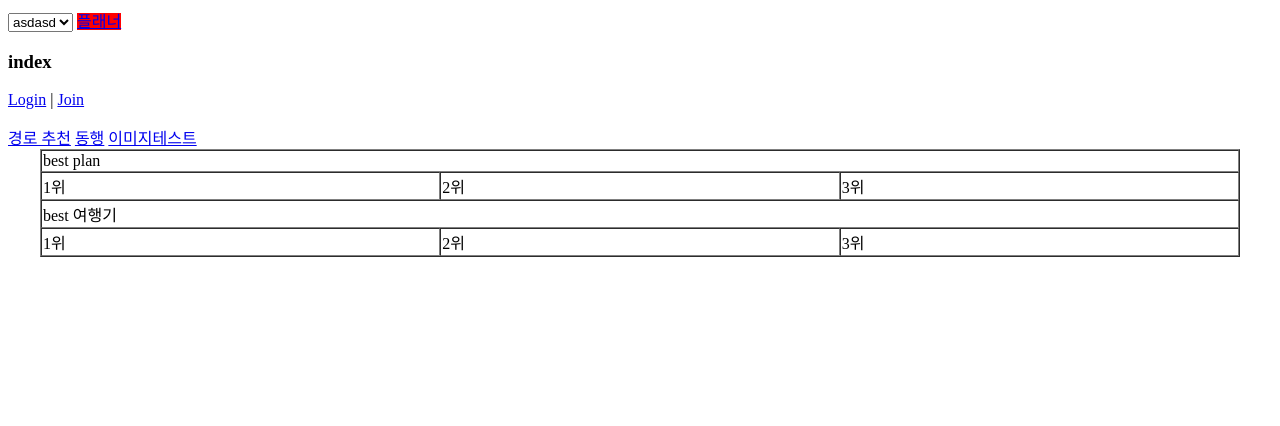
Repository: faqwer/khfinal
Page: http://localhost/finaltp/WEB-INF/views/indexMain.jsp
An editor plug-in stored every save of this project. The page is shown before and after the next save, followed by the edit.
The browser window is 1280 px wide. The pictures show the whole page.
The page is served by Tomcat 9. Nobody is signed in. Other server files are loaded and not shown. The template is opened directly, without the code that normally fills it, so the values that code supplies are empty.

Above is the page before, as saved 2017-12-26 06:51:31.

### finaltp/finaltp/src/main/webapp/WEB-INF/views/indexMain.jsp
<%@ page language="java" contentType="text/html; charset=UTF-8"
    pageEncoding="UTF-8"%>
<%@ taglib uri="http://java.sun.com/jsp/jstl/core" prefix="c" %>
<!DOCTYPE html>
<html>
<head>
<meta charset="UTF-8">
<title>Insert title here</title>

<link rel="stylesheet" type="text/css"
	href="/finaltp/css/layerPopup.css">
<script src="https://code.jquery.com/jquery-latest.js"></script>
<script src="/finaltp/js/layerPopup.js"></script>
<script type="text/javascript">
window.onload = function() {
	$(document).ready(function(){
		//검은 막 띄우기
		$('.openMask').click(function(e){
			e.preventDefault();
		    var maskdiv = document.createElement("div");
		    maskdiv.setAttribute("id", "mask");

		    var windowdiv = document.createElement("div");
		    windowdiv.setAttribute("class", "window");
		    windowdiv.setAttribute("id", "window");
		    windowdiv.setAttribute("style", "background-color:red;width:200px;height:200px;");

		    var close=document.createElement("input");
		    close.setAttribute("type", "button");
		    close.setAttribute("class", "close");
		    close.setAttribute("value", "닫기 버튼");

		    var subject=document.createElement("input");
		    subject.setAttribute("type", "text");
		    subject.setAttribute("name", "subject");
		    subject.setAttribute("placeholder", "예: @박 @일 @여행등등");

		    var startday=document.createElement("input");
		    startday.setAttribute("type", "text");
		    startday.setAttribute("name", "startday");
		    startday.setAttribute("placeholder", "출발날짜");

		    var thema=document.createElement("input");
		    thema.setAttribute("type", "text");
		    thema.setAttribute("name", "thema");
		    thema.setAttribute("placeholder", "테마");

		    var start=document.createElement("input");
		    start.setAttribute("type", "button");
		    start.setAttribute("onclick", "javascript:window.location.href='planwrite.do'");
		    start.setAttribute("value", "플래너 시작");

		    windowdiv.appendChild(close);
		    windowdiv.appendChild(subject);
		    windowdiv.appendChild(startday);
		    windowdiv.appendChild(thema);
		    windowdiv.appendChild(start);

		    var layerPopupscript=document.createElement("script");
		    layerPopupscript.setAttribute("src","/finaltp/js/layerPopup.js");
		    layerPopupscript.setAttribute("id","script");

		    var element = document.getElementsByTagName("body")[0];
		    element.appendChild(maskdiv);
		    element.appendChild(windowdiv);
		   	element.appendChild(layerPopupscript);
		    wrapWindowByMask();
		});
	})
}
</script>
</head>
<body>

<select>
<option>asdasd
</option>
</select>
	<a href="#" class="openMask" style="background-color: red;">플래너</a>
<h3>index</h3>
<c:set var="userid" value="${sessionScope.userid}" />
<c:if test="${empty userid }">
		<p><a href="login.do">Login</a> | <a href="join.do">Join</a></p>
</c:if>

<c:if test="${!empty userid }">
		<p><a href="mypage.do?id=${userid}">${name}</a>님 접속중입니다. | <a href="logout.do">로그아웃</a></p>
</c:if><a href="routeList.do">경로 추천</a>
<a href="accList.do">동행</a>
<a href="pimg.do">이미지테스트</a>
<table border="1" cellspacing="0" align="center" width="1200px" >
		<tr>
			<td colspan="3" id="bestplan">best plan</td>
		</tr>
		<tr>
			<td>1위</td>
			<td>2위</td>
			<td>3위</td>
		</tr>
		<tr>
			<td colspan="3" id="trip">best 여행기</td>
		</tr>
		<tr>
			<td>1위</td>
			<td>2위</td>
			<td>3위</td>
		</tr>
</table>
</body>
</html>

### finaltp/finaltp/src/main/webapp/css/layerPopup.css
@charset "EUC-KR";

	#mask {
	  position:absolute;
	  z-index:1;
	  background-color:#000;
	  display:none;
	  left:0;
	  top:0;
	}
	.window{
	  display: none;
	  position:absolute;
	  left:100px;
	  top:100px;
	  z-index:2;
	}

### finaltp/finaltp/src/main/webapp/js/layerPopup.js

	function wrapWindowByMask(){
		//화면의 높이와 너비를 구한다.
		var maskHeight = $(document).height();
		var maskWidth = $(window).width();

		//마스크의 높이와 너비를 화면 것으로 만들어 전체 화면을 채운다.
		$('#mask').css({'width':maskWidth,'height':maskHeight});

		//애니메이션 효과 - 일단 1초동안 까맣게 됐다가 80% 불투명도로 간다.
		$('#mask').fadeIn(1000);
		$('#mask').fadeTo("slow",0.8);

		//윈도우 같은 거 띄운다.
		$('.window').show();
	}

	$(document).ready(function(){
		//검은 막 띄우기
		//닫기 버튼을 눌렀을 때
		$('.window .close').click(function (e) {
		    //링크 기본동작은 작동하지 않도록 한다.
		    e.preventDefault();
		  /*  $('#mask, .window').hide();*/
			$('#calendardiv').hide();
		    var body=document.getElementsByTagName("body")[0];
		    var planstartdiv=document.getElementById("planstartdiv");
		    var script=document.getElementById("script");
		    var mask=document.getElementById("mask");
		    body.removeChild(mask);
		    body.removeChild(planstartdiv);
		    body.removeChild(script);
		});

		//검은 막을 눌렀을 때
		$('#mask').click(function () {
		    /*$(this).hide();
		    $('.window').hide(); */
			$('#calendardiv').hide();
		    var body=document.getElementsByTagName("body")[0];
		    var planstartdiv=document.getElementById("planstartdiv");
		    var script=document.getElementById("script");
		    var mask=document.getElementById("mask");
		    body.removeChild(mask);
		    body.removeChild(planstartdiv);
		    body.removeChild(script);
		});
	});

After the next save:
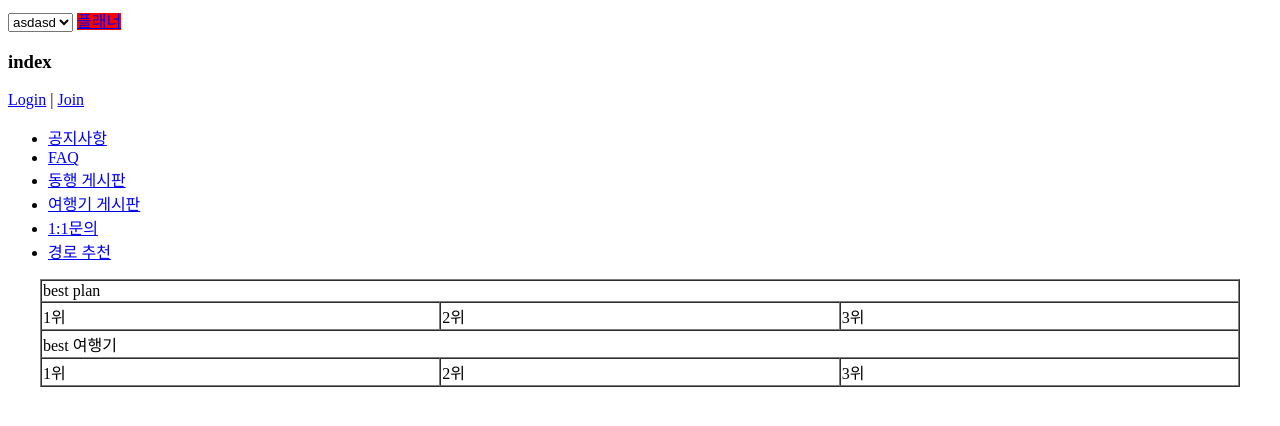
Saved 2 min 52 s later.
--- a/finaltp/finaltp/src/main/webapp/WEB-INF/views/indexMain.jsp
+++ b/finaltp/finaltp/src/main/webapp/WEB-INF/views/indexMain.jsp
@@ -85,9 +85,15 @@ window.onload = function() {
 
 <c:if test="${!empty userid }">
 		<p><a href="mypage.do?id=${userid}">${name}</a>님 접속중입니다. | <a href="logout.do">로그아웃</a></p>
-</c:if><a href="routeList.do">경로 추천</a>
-<a href="accList.do">동행</a>
-<a href="pimg.do">이미지테스트</a>
+</c:if>
+<ul>
+	<li><a href="noticeList.do">공지사항</a></li>
+	<li><a href="faqList.do">FAQ</a></li>
+	<li><a href="accList.do">동행 게시판</a></li>
+	<li><a href="reviewList.do">여행기 게시판</a></li>
+	<li><a href="#">1:1문의</a></li>
+	<li><a href="routeList.do">경로 추천</a></li>
+</ul>
 <table border="1" cellspacing="0" align="center" width="1200px" >
 		<tr>
 			<td colspan="3" id="bestplan">best plan</td>
